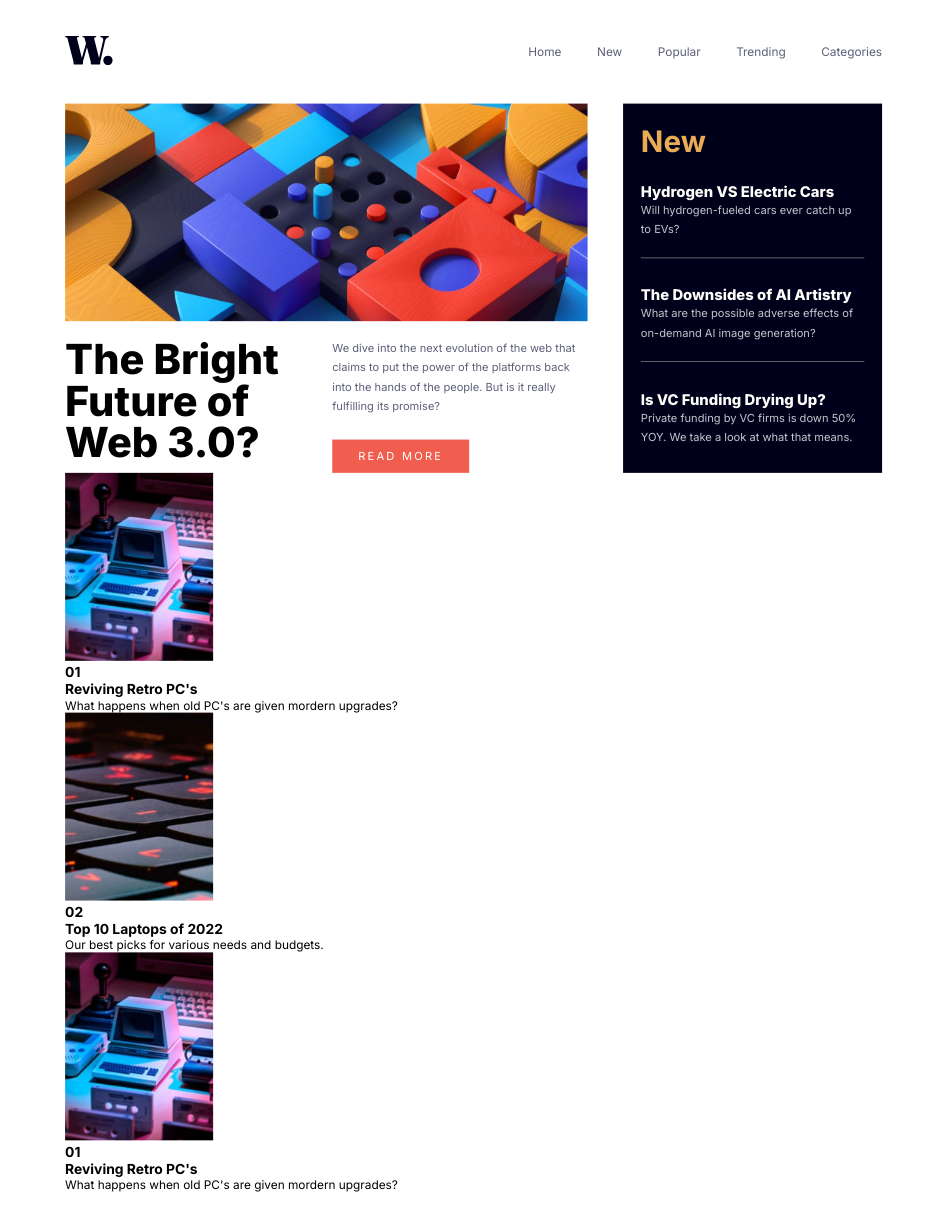
Repository: DevAntonioRogers/FrontendMentor-News-Homepage
Page: index.html
These files come from the project's save history. The page is drawn as it stood at one moment and after the next save; the edit follows.
The browser window is 1280 px wide. The pictures show the whole page, at 74% of full size.

Above is the page before, as saved 2023-04-22 15:38:49.

After the next save:
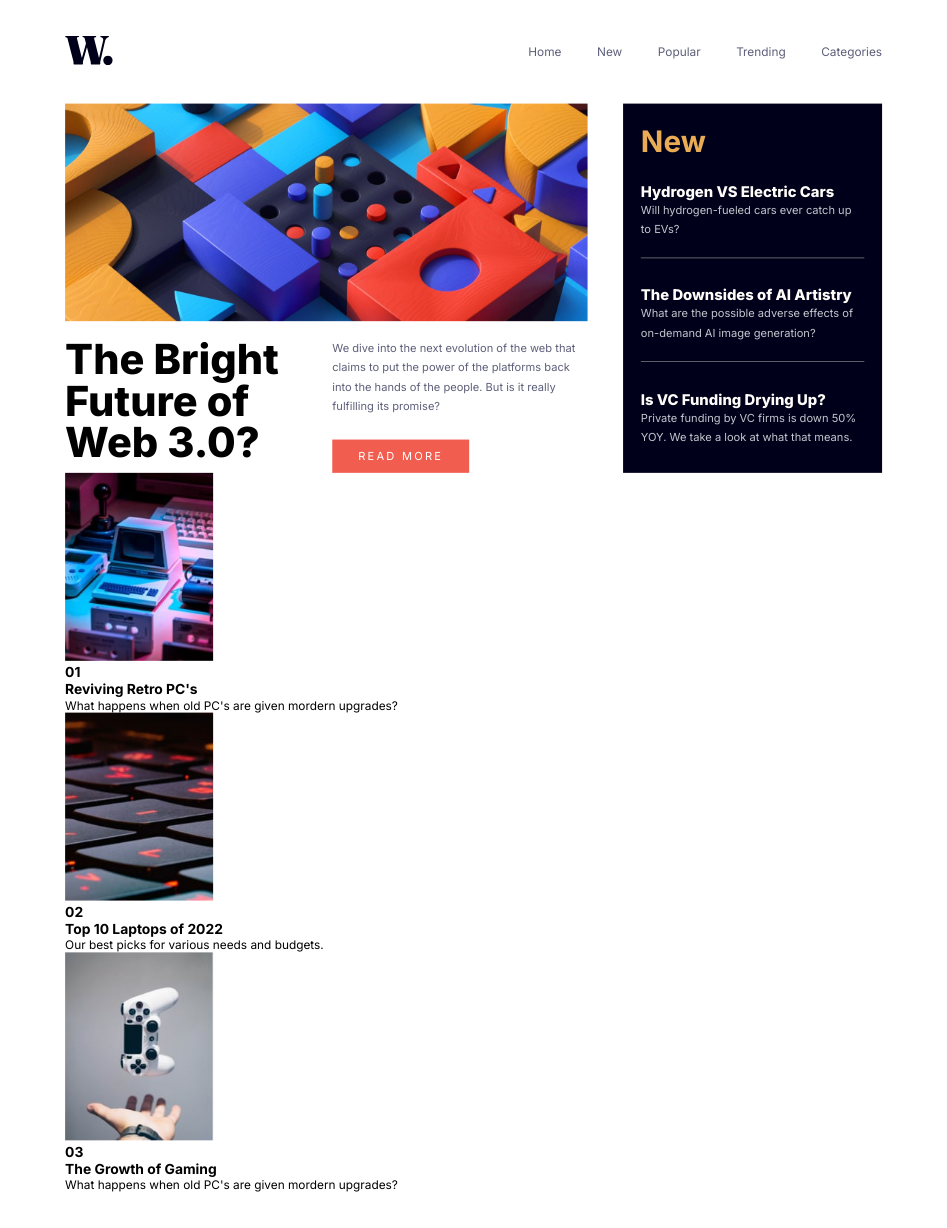
Saved 38 s later.
--- a/index.html
+++ b/index.html
@@ -91,11 +91,11 @@
 
       <article>
         <div class="article-image">
-          <img src="/assets/image-retro-pcs.jpg" alt="" />
+          <img src="/assets/image-gaming-growth.jpg" alt="" />
         </div>
         <div class="article-info">
-          <h1>01</h1>
-          <h3>Reviving Retro PC's</h3>
+          <h1>03</h1>
+          <h3>The Growth of Gaming</h3>
           <p>What happens when old PC's are given mordern upgrades?</p>
         </div>
       </article>
